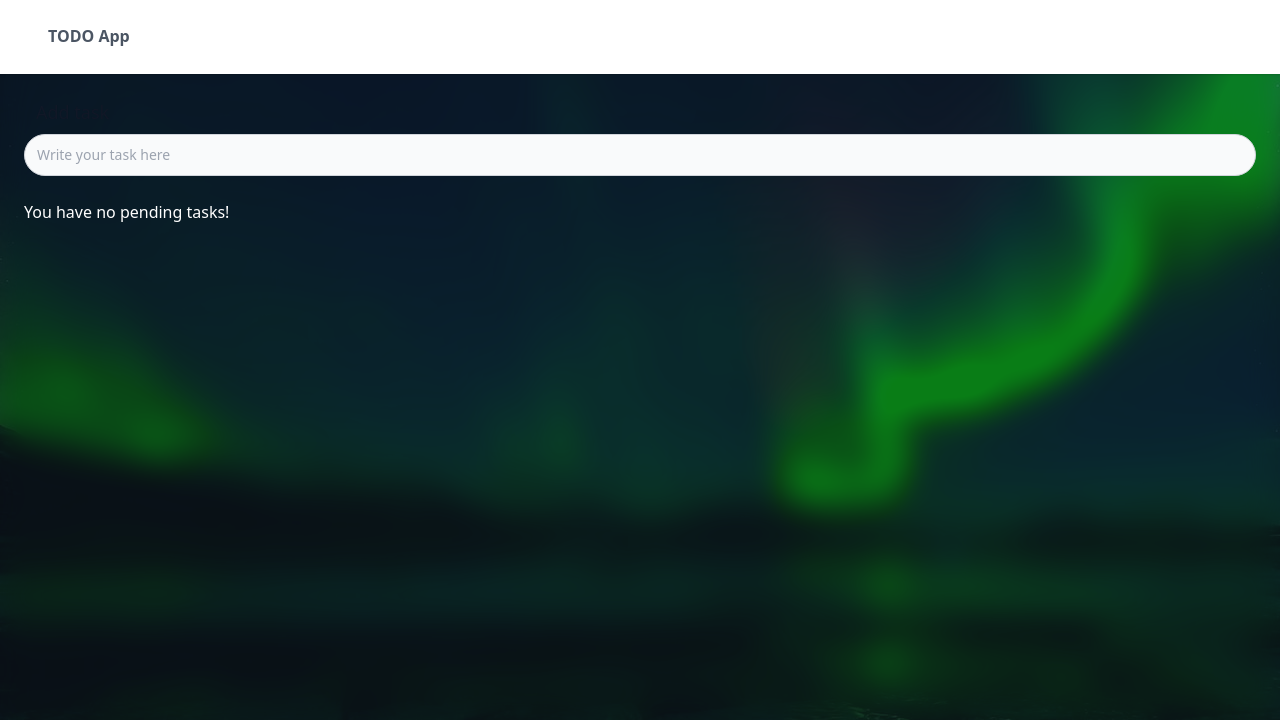
Repository: mikelCabezas/angular-exercices
Page: / (app in TODO/)
These files come from the project's save history. The page is drawn as it stood at one moment and after the next save; the edit follows.
The browser window is 1280 px wide. The pictures show the whole page.
The project was rebuilt for these pictures with package versions that can differ from the ones it lists, and the page was loaded fresh each time. Also part of the build but not shown: TODO/angular.json.

Above is the page before, as saved 2023-09-14 23:31:20.

After the next save:
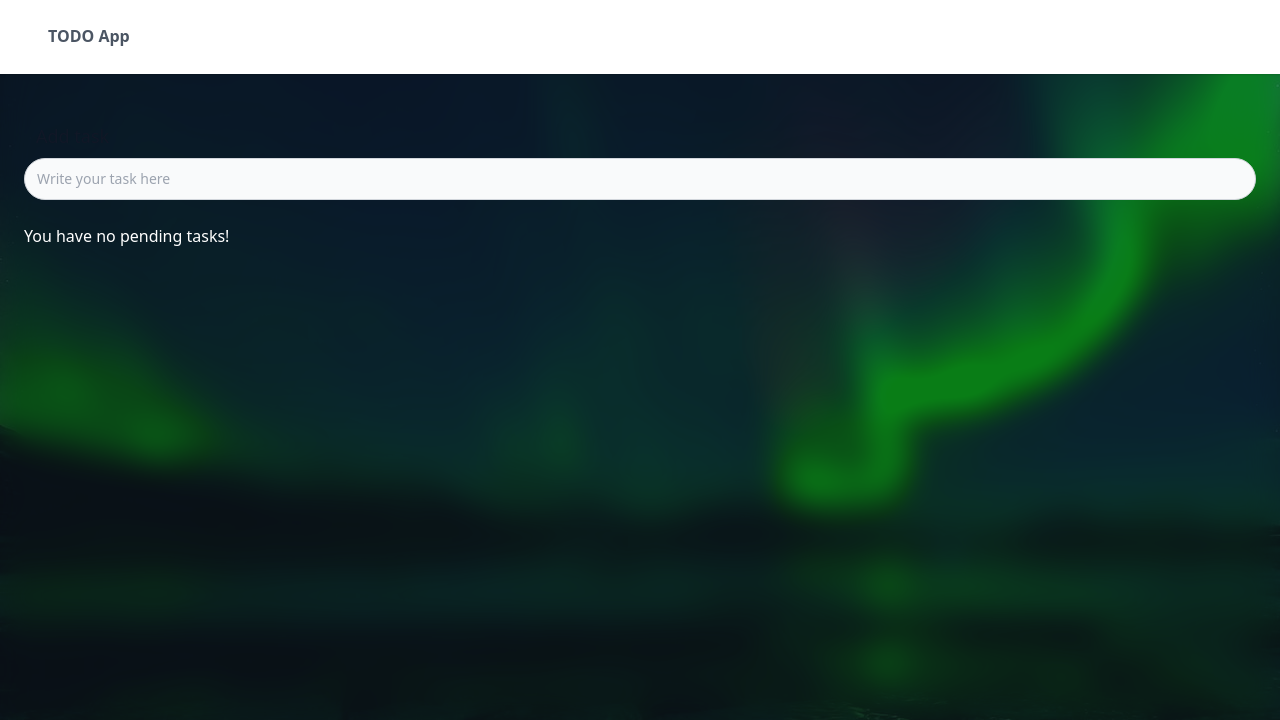
Saved 54 s later.
--- a/TODO/src/app/components/tasks/tasks.component.html
+++ b/TODO/src/app/components/tasks/tasks.component.html
@@ -1,5 +1,5 @@
 <div class="container flex justify-center w-full mx-auto">
-    <div class="row w-full px-6">
+    <div class="row w-full p-6">
         <div class="form w-full mx-auto mt-6">
             <label for="first_name" class="block mb-2 text-lg pl-3 font-medium text-gray-900 dark:text-white">Add task</label>
             <input
